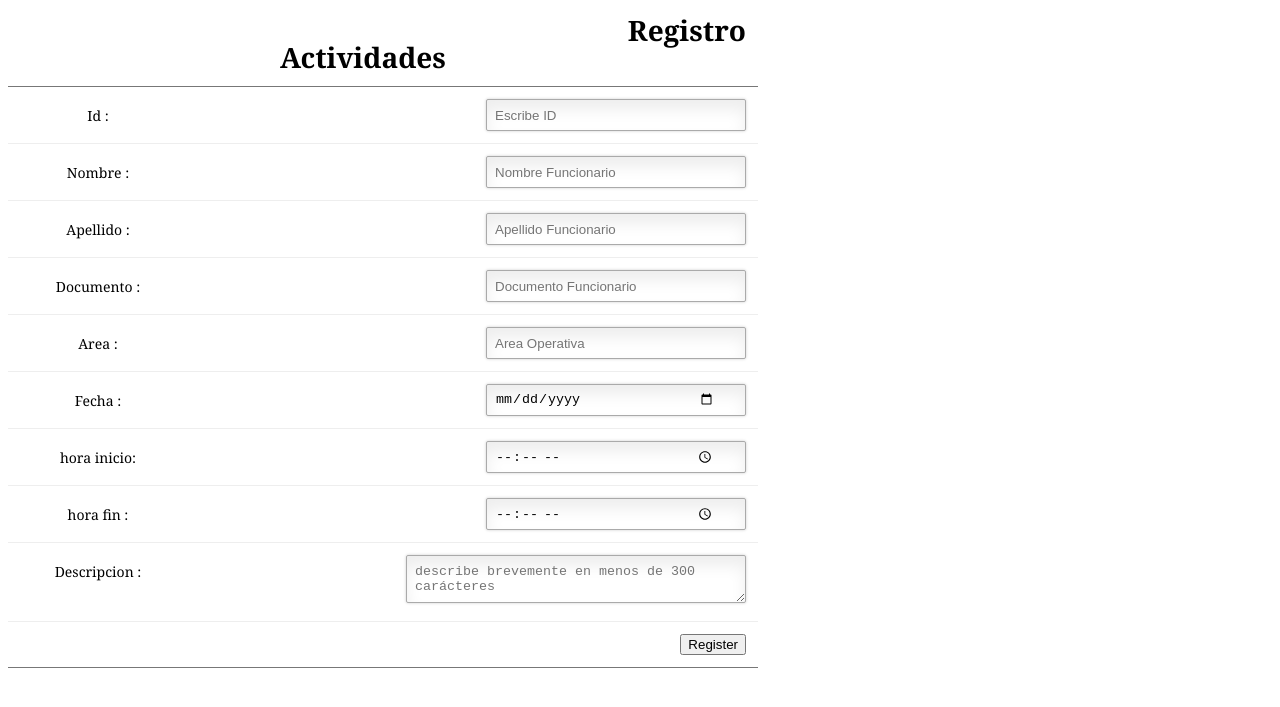
Repository: Yale2024/repo-registro-act
Page: templates/register.html
These files come from the project's save history. The page is drawn as it stood at one moment and after the next save; the edit follows.
The browser window is 1280 px wide. The pictures show the whole page.

Above is the page before, as saved 2024-09-15 09:01:28.

### templates/register.html
<!DOCTYPE html>
<html lang="en">

<head>
    <meta charset="UTF-8">
    <meta name="viewport" content="width=device-width, initial-scale=1.0">
    <link rel="stylesheet" href="static/css/styleRegister.css">
    <script src="static/js/appRegister.js"></script>
    <title>Web App</title>
</head>
<body></body>

    <form class="contact_form" action="/register_user" method="POST" align="right" >
    <!-- <form method="POST"> -->
        <div>
            <ul>
                <li>
                    <h1>Registro Actividades</h1>
                </li>
                <li>
                    <label for="id">Id :</label>
                    <input type="number"  size="30" name="id" id="Id" placeholder="Escribe ID" required /> <br>
                </li>
                <li>
                    <label for="nombre">Nombre :</label>
                    <input type="text" size="30" name="nombre" id="nombre" placeholder="Nombre Funcionario" required /> <br>
                </li>
                <li>
                    <label for="apellido">Apellido :</label>
                    <input type="text" size="30" name="apellido" id="apellido" placeholder="Apellido Funcionario" required /> <br>
                </li>
                <li>
                    <label for="documento">Documento  :</label>
                    <input type="number" size="30" name="documento" id="documento" placeholder="Documento Funcionario" required /> <br>
                </li>
                <li>
                    <label for="are">Area      :</label>
                    <input type ="text" size="30" name="area" id="area" placeholder="Area Operativa" required /> <br>
                </li>
                <li>
                    <label for="fecha">Fecha     :</label>
                    <input type ="date" size="30" name="fecha" id="fecha" placeholder="AAAA-MM-DD" required /> <br>
                </li>
                <li>
                    <label for="horai">hora inicio:</label>
                    <input type ="time" size="30" name="horai" id="horai" placeholder="hh:mm" required /> <br>
                </li>
                <li>
                    <label for="horaf">hora fin  :</label>
                    <input type ="time" size="30" name="horaf" id="horaf" placeholder="hh:mm" required /> <br>
                </li>
                <li>
                    <label for="mensaje">Descripcion   :</label>
                    <textarea name="descripcion" size="300" for="descripcion" placeholder="describe brevemente en menos de 300 carácteres" maxlength="300"></textarea> <br>
                </li>
                <li>
                    <button>Register</button>
                </li>
            </ul>
        </div>
        <!-- <button onclick="register_user()">Register</button> -->
        <!-- <input type="submit" name="enviar" value="enviar datos"/> -->
    </form>
</body>

### static/css/styleRegister.css
/* form{
    text-align: center;
    font-size: 30px;
}
/*
body{
    background-color: #f7bb6dea;
}

button{
    background-color: black;
    color: white;
    font-size:  20px;
} */
 /* === Remove input autofocus webkit === */
*:focus {
    outline: none;
}

/* === Form Typography === */
body {
    font: 14px/21px "Lucida Sans", "Lucida Grande", "Lucida Sans Unicode", sans-serif;
}

.contact_form h1, .contact_form label {
    font-family: Georgia, Times, "Times New Roman", serif;
    margin: 0px;
    padding: 300px;
    text-align: center;
}

/* === List Styles === */
.contact_form ul {
    width: 750px;
    list-style-type: none;
    list-style-position: outside;
    margin: 0px;
    padding: 0px;
}

.contact_form li {
    padding: 12px;
    border-bottom: 1px solid #eee;
    position: relative;
}

    .contact_form li:first-child, .contact_form li:last-child {
        border-bottom: 1px solid #777;
    }

/* === Form Header === */
.contact_form h1 {
    margin: 0;
    display: inline;
    text-align: center;
}

/* === Form Elements === */
.contact_form label {
    width: 150px;
    margin-top: 3px;
    float: left;
    padding: 3px;
}

.contact_form input {
    height: 20px;
    width: 220px;
    padding: 5px 8px;
}

.contact_form textarea {
    padding: 8px;
    width: 300px;
}

.contact_form button {
    margin-left: 156px;
}

/* form element visual styles */
.contact_form input, .contact_form textarea {
    border: 1px solid #aaa;
    box-shadow: 0px 0px 3px #ccc, 0 10px 15px #eee inset;
    border-radius: 2px;
    padding-right: 30px;
    -moz-transition: padding .25s;
    -webkit-transition: padding .25s;
    -o-transition: padding .25s;
    transition: padding .25s;
}

### static/js/appRegister.js
function register_user() {
    location.href= '/register_user'
}

After the next save:
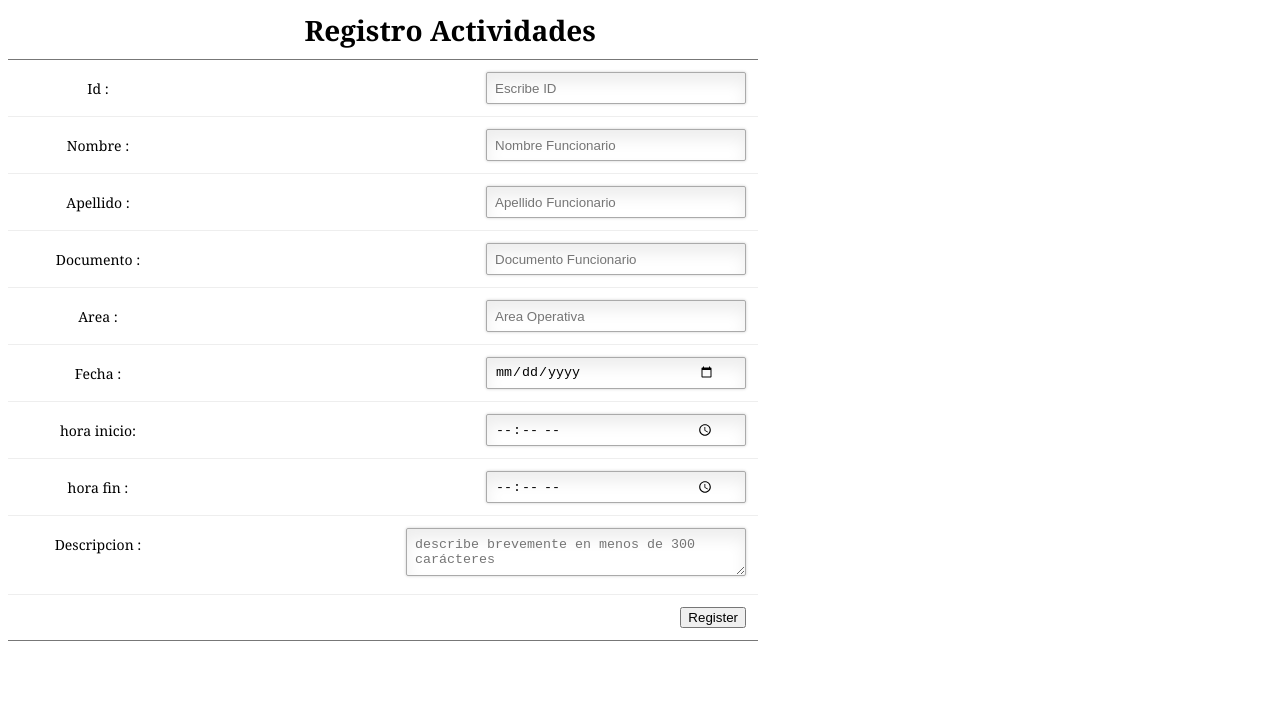
Saved 36 s later.
--- a/static/css/styleRegister.css
+++ b/static/css/styleRegister.css
@@ -25,7 +25,7 @@ body {
 .contact_form h1, .contact_form label {
     font-family: Georgia, Times, "Times New Roman", serif;
     margin: 0px;
-    padding: 300px;
+    padding: 150px;
     text-align: center;
 }
 
